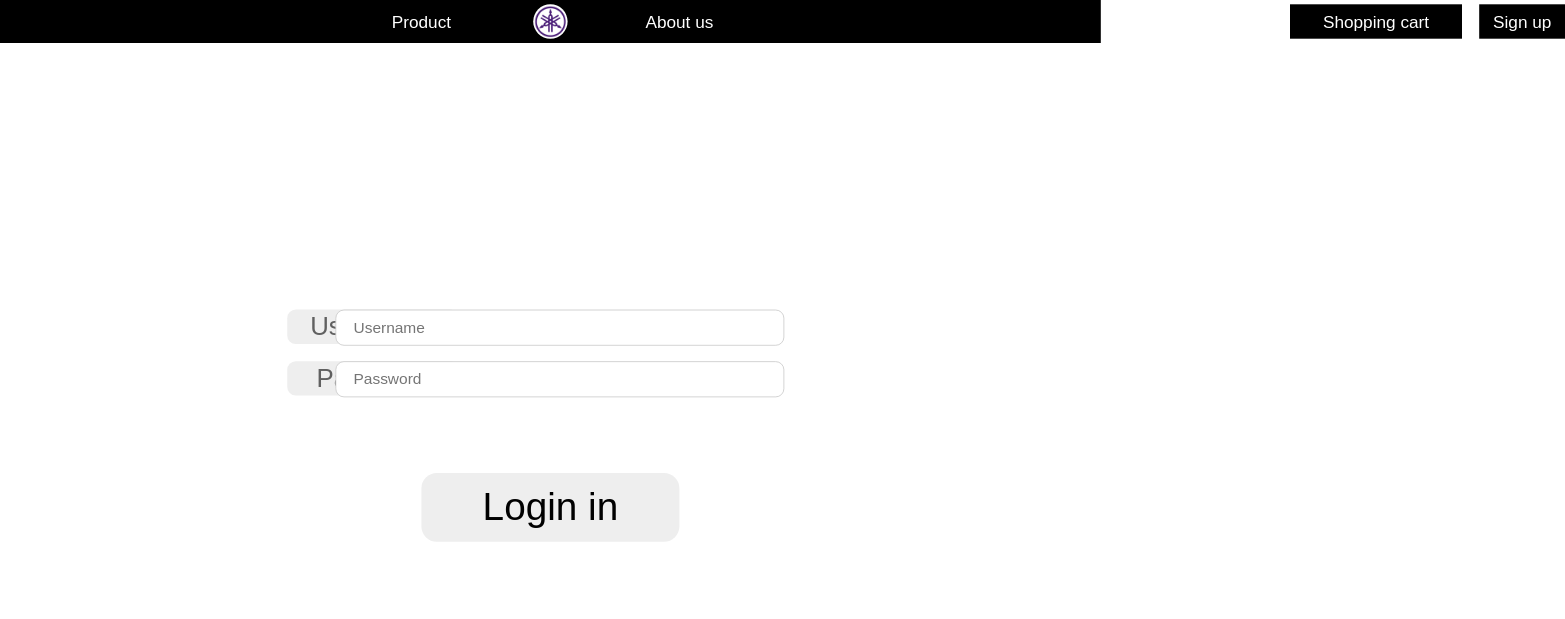
Repository: AXNTROYUANXD/E-Commerce-Website
Page: http://localhost/jspServlet/login.jsp
The author's editor kept a copy of each file at every save. The page is drawn from the files as they stood at one save, then again after the next save.
The browser window is 1280 px wide. The page is 1820 px wide, so the pictures cover 1820 px, including what lies to the right of the window. The pictures show the whole page, at 86% of full size.
The page is served by Tomcat 9. Nobody is signed in. The application's start-up code is not run.

Above is the page before, as saved 2020-07-02 03:51:20.

After the next save:
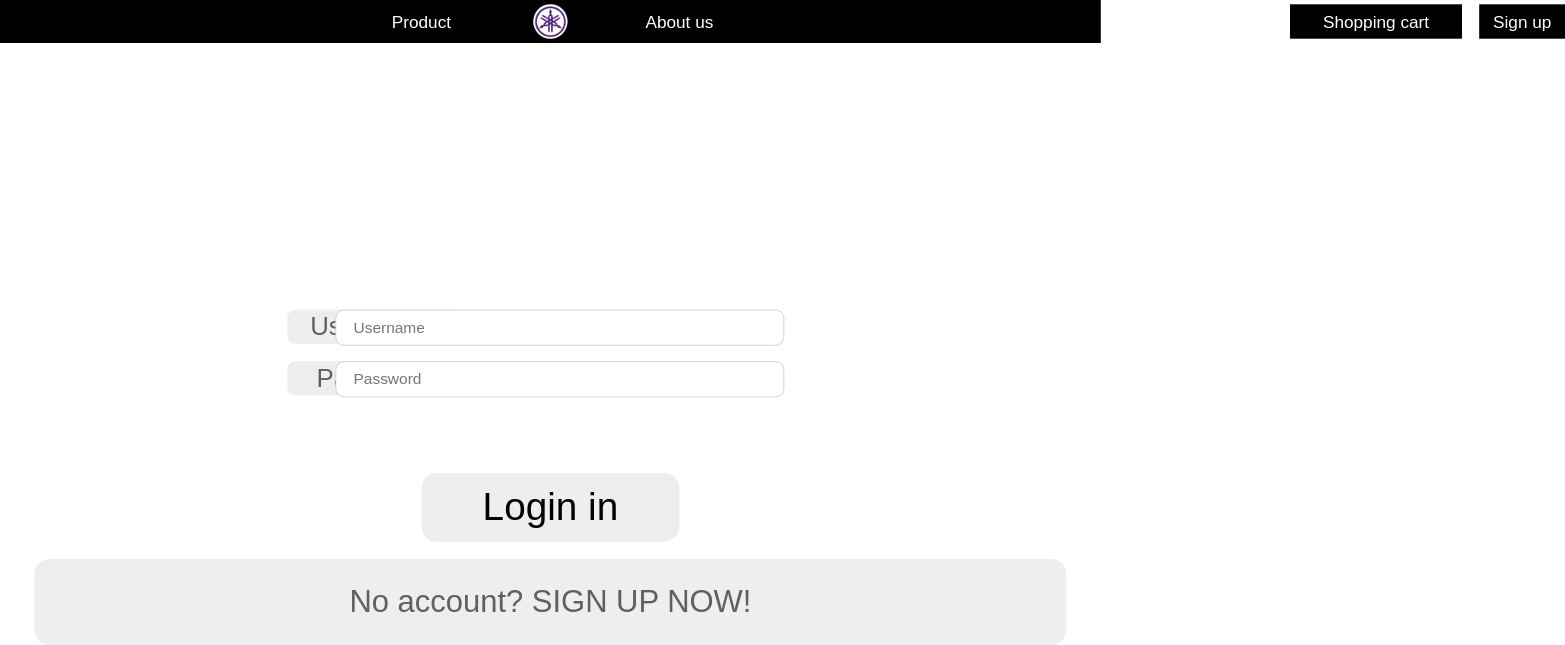
Saved 7 s later.
--- a/D&B2 BACKEND Oct 21 FINAL/BACKEND/jspServlet/WebRoot/login.jsp
+++ b/D&B2 BACKEND Oct 21 FINAL/BACKEND/jspServlet/WebRoot/login.jsp
@@ -169,6 +169,20 @@
 	background-color: #EEEEEE;
 	font-size: 25px;
 	}
+	.signup {
+    height: 100px;
+    width: 1200px;
+    top: 650px;
+	left: 50%;
+	margin-left: -600px;
+	border-radius: 18px;
+    border: none;
+    cursor: pointer;
+	position: absolute;
+	background-color: #EEEEEE;
+	font-size: 36px;
+	color: #606060;
+	}
 		</style>
 	</head>
 
@@ -197,9 +211,12 @@
 	<button class="button51">User name</button>
 	<button class="button52">Password</button>
 	<input type="text" class="username" name="username" value="" placeholder="Username">
-	<input type="text" class="password" name="password" value="" placeholder="Password">
+	<input type="password" class="password" name="password" value="" placeholder="Password">
 	<input type="SUBMIT" name="login" class="btn51" value="Login in">
 	</form>
+	<a href="signup.jsp">
+	<button class="signup">No account? SIGN UP NOW!</button>
+	</a>
 
 
 </body>
